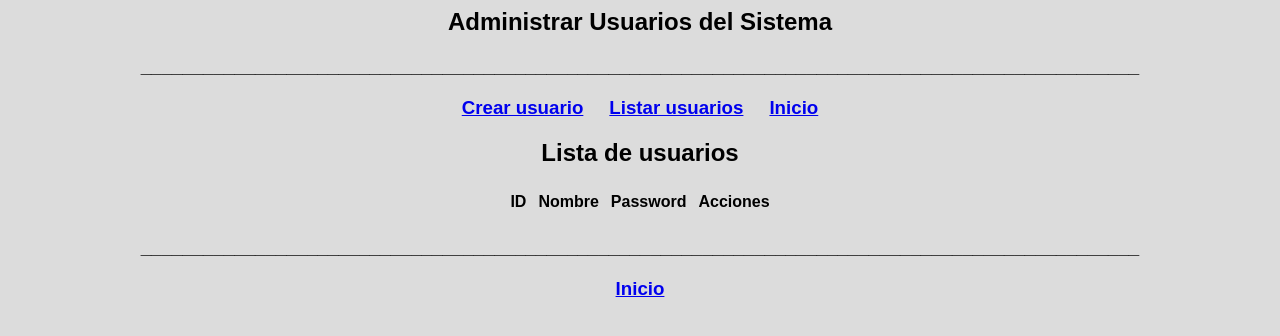
Repository: miguelalvarezcl/examen
Page: http://localhost/CtaCorriente/
These files come from the project's save history. The page is drawn as it stood at one moment and after the next save; the edit follows.
The browser window is 1280 px wide. The pictures show the whole page.
The page is served by Tomcat 9. Other server files are loaded and not shown. Queries for data that is not in the repository find no rows.

Above is the page before, as saved 2021-11-13 05:25:09.

### CtaCorriente/WebContent/ListaUsuarios.jsp
<%@ page language="java" contentType="text/html; charset=UTF-8"
    pageEncoding="UTF-8"%>
<%@ taglib uri="http://java.sun.com/jsp/jstl/core" prefix="c" %>
<html>

<head>
    <title>:::... Banco Platinum ...:::</title>
</head>
<body>
    <center>
        <h2>Administrar Usuarios del Sistema</h2>
        <h3>________________________________________________________________________________________________</h3>
        <h3>
            <a href="/CtaCorriente/new">Crear usuario</a>
            &nbsp;&nbsp;&nbsp;
            <a href="/CtaCorriente/list">Listar usuarios</a>
            &nbsp;&nbsp;&nbsp;
            <a href="/CtaCorriente/home.jsp">Inicio</a>
        </h3>
    </center>
    <div align="center">
        <table border="0" cellpadding="5">
            <h2>Lista de usuarios</h2>
            <tr>
                <th>ID</th>
                <th>Nombre</th>
                <th>Password</th>
                <th>Acciones</th>
            </tr>
            <c:forEach var="usuariobd" items="${listUsuariobd}">
                <tr>
                    <td><c:out value="${usuariobd.id}" /></td>
                    <td><c:out value="${usuariobd.nombreusuario}" /></td>
                    <td><c:out value="${usuariobd.password}" /></td>

                    <td>
                        <a href="/CtaCorriente/edit?id=<c:out value='${usuariobd.id}' />">Edit</a>
                        &nbsp;&nbsp;&nbsp;&nbsp;
                        <a href="/CtaCorriente/delete?id=<c:out value='${usuariobd.id}' />">Delete</a>
                    </td>
                </tr>
            </c:forEach>
        </table>
    </div>
     <center>
        <h3>________________________________________________________________________________________________</h3>
        <h3>
            <a href="/CtaCorriente/home.jsp">Inicio</a>
        </h3>
    </center>
</body>
</html>


<style>
body{
	font-family: arial, helvetica;
	background: #DCDCDC;
}
</style>

### CtaCorriente/src/com/platinum/ControllerServlet.java
package com.platinum;

import java.io.IOException;
import java.sql.SQLException;
import java.util.List;

import javax.servlet.RequestDispatcher;
import javax.servlet.ServletException;
import javax.servlet.http.HttpServlet;
import javax.servlet.http.HttpServletRequest;
import javax.servlet.http.HttpServletResponse;


public class ControllerServlet extends HttpServlet {
    private static final long serialVersionUID = 1L;
    private UsuariobdDAO usuariobdDAO;
    private PersonabdDAO personabdDAO;
    private CuentabdDAO cuentabdDAO;
    private TransferenciaDAO transferenciaDAO;

    public void init() {
        String jdbcURL = getServletContext().getInitParameter("jdbcURL");
        String jdbcUsername = getServletContext().getInitParameter("jdbcUsername");
        String jdbcPassword = getServletContext().getInitParameter("jdbcPassword");

        usuariobdDAO = new UsuariobdDAO(jdbcURL, jdbcUsername, jdbcPassword);
        personabdDAO = new PersonabdDAO(jdbcURL, jdbcUsername, jdbcPassword);
        cuentabdDAO = new CuentabdDAO(jdbcURL, jdbcUsername, jdbcPassword);
        transferenciaDAO = new TransferenciaDAO(jdbcURL, jdbcUsername, jdbcPassword);

    }

    protected void doPost(HttpServletRequest request, HttpServletResponse response)
            throws ServletException, IOException {
        doGet(request, response);
    }

    protected void doGet(HttpServletRequest request, HttpServletResponse response)
            throws ServletException, IOException {
        String action = request.getServletPath();

        try {
            switch (action) {
            case "/new":
                showNewForm(request, response);
                break;
            case "/newpersona":
                showNewFormPersona(request, response);
                break;

            case "/newcuenta":
                showNewFormCuenta(request, response);
                break;

            case "/newtransferencia":
                showNewFormTransferencia(request, response);
                break;

            case "/insert":
                insertUsuariobd(request, response);
                break;

            case "/insertpersona":
                insertPersonabd(request, response);
                break;

            case "/insertcuenta":
                insertCuentabd(request, response);
                break;

            case "/inserttransferencia":
                insertTransferencia(request, response);
                break;
            case "/deletecuenta":
                deleteCuentabd(request, response);
                break;

            case "/deletepersona":
                deletePersonabd(request, response);
                break;
            case "/delete":
                deleteUsuariobd(request, response);
                break;
            case "/editpersona":
                showEditFormPersona(request, response);
                break;

            case "/editcuenta":
                showEditFormCuenta(request, response);
                break;

            case "/edit":
                showEditForm(request, response);
                break;
            case "/update":
                updateUsuariobd(request, response);
                break;
            case "/updatepersona":
                updatePersonabd(request, response);
                break;

            case "/updatecuenta":
                updateCuentabd(request, response);
                break;


            case "/listPersonabd":
            	listPersonabd(request, response);
                break;

            case "/listCuentabd":
            	//System.out.println("1");
            	listCuentabd(request, response);
                break;
            case "/listTransferencia":
            	listTransferencia(request, response);
                break;
            default:
                listUsuariobd(request, response);
                break;
            }
        } catch (SQLException ex) {
            throw new ServletException(ex);
        }
    }



    private void listTransferencia(HttpServletRequest request, HttpServletResponse response)
            throws SQLException, IOException, ServletException {


        List<Transferencia> listTransferencia = transferenciaDAO.listAllTransferencia();

        request.setAttribute("listTransferencia", listTransferencia);
        RequestDispatcher dispatcher = request.getRequestDispatcher("ListaTransferencia.jsp");
        dispatcher.forward(request, response);
    }

    private void listCuentabd(HttpServletRequest request, HttpServletResponse response)
            throws SQLException, IOException, ServletException {


        List<Cuentabd> listCuentabd = cuentabdDAO.listAllCuentabd();

        request.setAttribute("listCuentabd", listCuentabd);
        RequestDispatcher dispatcher = request.getRequestDispatcher("ListaCuentas.jsp");
        dispatcher.forward(request, response);
    }

    private void listPersonabd(HttpServletRequest request, HttpServletResponse response)
            throws SQLException, IOException, ServletException {

        List<Personabd> listPersonabd = personabdDAO.listAllPersonabd();

        request.setAttribute("listPersonabd", listPersonabd);
        RequestDispatcher dispatcher = request.getRequestDispatcher("ListaPersonas.jsp");
        dispatcher.forward(request, response);
    }

    private void listUsuariobd(HttpServletRequest request, HttpServletResponse response)
            throws SQLException, IOException, ServletException {
        List<Usuariobd> listUsuariobd = usuariobdDAO.listAllUsuariosbd();
        request.setAttribute("listUsuariobd", listUsuariobd);
        RequestDispatcher dispatcher = request.getRequestDispatcher("ListaUsuarios.jsp");
        dispatcher.forward(request, response);
    }


    private void showNewForm(HttpServletRequest request, HttpServletResponse response)
            throws ServletException, IOException {
        RequestDispatcher dispatcher = request.getRequestDispatcher("FormularioUsuario.jsp");
        dispatcher.forward(request, response);
    }

    private void showNewFormPersona(HttpServletRequest request, HttpServletResponse response)
            throws ServletException, IOException {
        RequestDispatcher dispatcher = request.getRequestDispatcher("FormularioPersona.jsp");
        dispatcher.forward(request, response);
    }

    private void showNewFormCuenta(HttpServletRequest request, HttpServletResponse response)
            throws ServletException, IOException {
        RequestDispatcher dispatcher = request.getRequestDispatcher("FormularioCuenta.jsp");
        dispatcher.forward(request, response);
    }

    private void showNewFormTransferencia(HttpServletRequest request, HttpServletResponse response)
            throws ServletException, IOException {
        RequestDispatcher dispatcher = request.getRequestDispatcher("FormularioTransferencia.jsp");
        dispatcher.forward(request, response);
    }


    private void showEditForm(HttpServletRequest request, HttpServletResponse response)
            throws SQLException, ServletException, IOException {
        int id = Integer.parseInt(request.getParameter("id"));
        Usuariobd existingUsuariobd = usuariobdDAO.getUsuariobd(id);
        RequestDispatcher dispatcher = request.getRequestDispatcher("FormularioUsuario.jsp");
        request.setAttribute("usuariobd", existingUsuariobd);
        dispatcher.forward(request, response);

    }

    private void showEditFormPersona(HttpServletRequest request, HttpServletResponse response)
            throws SQLException, ServletException, IOException {
        String rut = request.getParameter("rut");
        Personabd existingPersonabd = personabdDAO.getPersonabd(rut);
        RequestDispatcher dispatcher = request.getRequestDispatcher("FormularioPersona.jsp");
        request.setAttribute("personabd", existingPersonabd);
        dispatcher.forward(request, response);


    }

    private void showEditFormCuenta(HttpServletRequest request, HttpServletResponse response)
            throws SQLException, ServletException, IOException {
        int id = Integer.parseInt(request.getParameter("id"));
        Cuentabd existingCuentabd = cuentabdDAO.getCuentabd(id);
        RequestDispatcher dispatcher = request.getRequestDispatcher("FormularioCuenta.jsp");
        request.setAttribute("cuentabd", existingCuentabd);
        dispatcher.forward(request, response);


    }

    private void insertUsuariobd(HttpServletRequest request, HttpServletResponse response)
            throws SQLException, IOException {
        String nombreusuario = request.getParameter("nombreusuario");
        String password = request.getParameter("password");


        Usuariobd newUsuariobd = new Usuariobd(nombreusuario, password);
        usuariobdDAO.insertUsuariobd(newUsuariobd);
        response.sendRedirect("list");
    }

    private void insertPersonabd(HttpServletRequest request, HttpServletResponse response)
            throws SQLException, IOException {
    	String rut = request.getParameter("rut");
        String nombre = request.getParameter("nombre");
        String apellido = request.getParameter("apellido");
        String direccion = request.getParameter("direccion");
        String correo = request.getParameter("correo");
        String telefono = request.getParameter("telefono");

        Personabd newPersonabd = new Personabd(rut,nombre, apellido,direccion,correo,telefono);
        personabdDAO.insertPersonabd(newPersonabd);
        response.sendRedirect("listPersonabd");
    }

    private void insertTransferencia(HttpServletRequest request, HttpServletResponse response)
            throws SQLException, IOException {
        String rutpersona = request.getParameter("rutpersona");
        int idusuario = Integer.parseInt(request.getParameter("idusuario"));
        int idcuenta = Integer.parseInt(request.getParameter("idcuenta"));
        int montotransferencia = Integer.parseInt(request.getParameter("montotransferencia"));
        int cuentatransferencia = Integer.parseInt(request.getParameter("cuentatransferencia"));
        String tipocuenta = request.getParameter("tipocuenta");

        Transferencia newTransferencia = new Transferencia(rutpersona, idusuario,idcuenta,montotransferencia,cuentatransferencia,tipocuenta);
        transferenciaDAO.insertTransferencia(newTransferencia);
        response.sendRedirect("listTransferencia");
    }

    private void insertCuentabd(HttpServletRequest request, HttpServletResponse response)
            throws SQLException, IOException {
        String rutcliente = request.getParameter("rutcliente");
        String monto = request.getParameter("monto");
        String ejecutivo = request.getParameter("ejecutivo");

        Cuentabd newCuentabd = new Cuentabd(rutcliente, monto,ejecutivo);
        cuentabdDAO.insertCuentabd(newCuentabd);
        response.sendRedirect("listCuentabd");
    }


    private void updatePersonabd(HttpServletRequest request, HttpServletResponse response)
            throws SQLException, IOException {
        String rut = request.getParameter("rut");
        String nombre = request.getParameter("nombre");
        String apellido = request.getParameter("apellido");
        String direccion = request.getParameter("direccion");
        String correo = request.getParameter("correo");
        String telefono = request.getParameter("telefono");


        Personabd personabd = new Personabd(rut, nombre, apellido,direccion,correo,telefono);
        personabdDAO.updatePersonabd(personabd);
        response.sendRedirect("listPersonabd");
    }


    private void updateCuentabd(HttpServletRequest request, HttpServletResponse response)
            throws SQLException, IOException {
    	System.out.println("paso");

        String rutcliente = request.getParameter("rutcliente");
        String monto = request.getParameter("monto");
        String ejecutivo = request.getParameter("ejecutivo");
        int id = Integer.parseInt(request.getParameter("id"));
        Cuentabd cuentabd = new Cuentabd(id, rutcliente, monto , ejecutivo);
        System.out.println("paso2");
        cuentabdDAO.updateCuentabd(cuentabd);
        response.sendRedirect("listCuentabd");
    }


    private void updateUsuariobd(HttpServletRequest request, HttpServletResponse response)
            throws SQLException, IOException {
        int id = Integer.parseInt(request.getParameter("id"));
        String nombreusuario = request.getParameter("nombreusuario");
        String password = request.getParameter("password");


        Usuariobd usuariobd = new Usuariobd(id, nombreusuario, password);
        usuariobdDAO.updateUsuariobd(usuariobd);
        response.sendRedirect("list");
    }

    private void deleteUsuariobd(HttpServletRequest request, HttpServletResponse response)
            throws SQLException, IOException {
        int id = Integer.parseInt(request.getParameter("id"));

        Usuariobd usuariobd = new Usuariobd(id);
        usuariobdDAO.deleteUsuariobd(usuariobd);
        response.sendRedirect("list");

    }

    private void deletePersonabd(HttpServletRequest request, HttpServletResponse response)
            throws SQLException, IOException {
        String rut = request.getParameter("rut");

        Personabd personabd = new Personabd(rut);
        personabdDAO.deletePersonabd(personabd);
        response.sendRedirect("listPersonabd");
    }


    private void deleteCuentabd(HttpServletRequest request, HttpServletResponse response)
            throws SQLException, IOException {
        int id = Integer.parseInt(request.getParameter("id"));

        Cuentabd cuentabd = new Cuentabd(id);
        cuentabdDAO.deleteCuentabd(cuentabd);
        response.sendRedirect("listCuentabd");
    }



}

After the next save:
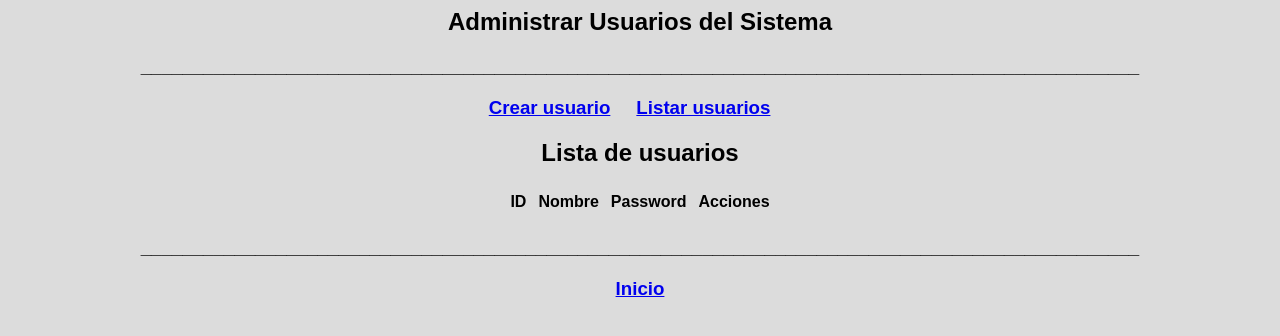
Saved 37 s later.
--- a/CtaCorriente/WebContent/ListaUsuarios.jsp
+++ b/CtaCorriente/WebContent/ListaUsuarios.jsp
@@ -15,7 +15,6 @@
             &nbsp;&nbsp;&nbsp;
             <a href="/CtaCorriente/list">Listar usuarios</a>
             &nbsp;&nbsp;&nbsp;
-            <a href="/CtaCorriente/home.jsp">Inicio</a>
         </h3>
     </center>
     <div align="center">
